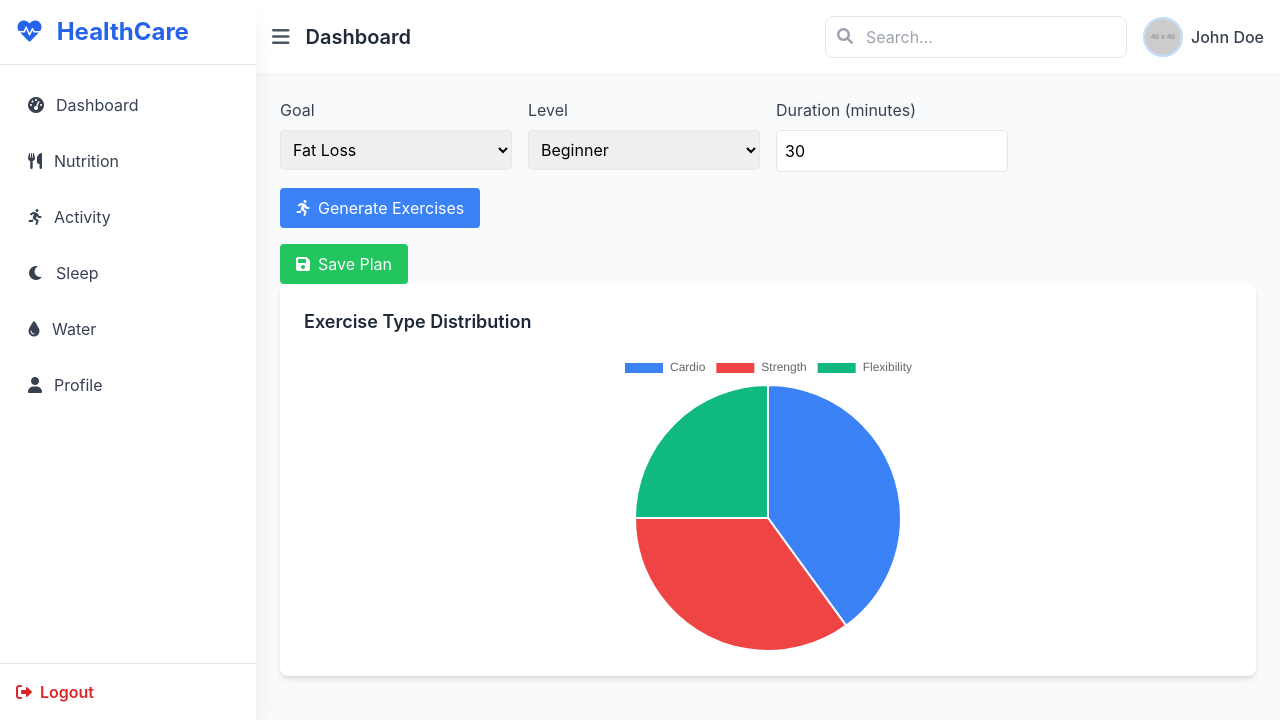
Repository: Khank2104/Khank
Page: http://localhost/generate_exercises/
The author's editor kept a copy of each file at every save. The page is drawn from the files as they stood at one save, then again after the next save.
The browser window is 1280 px wide. The pictures show the whole page.
Some web libraries are served in a nearby version. The page is served by the project's application, run on Django 5.2 (manage.py). The first stored user is signed in. The page reads the database file committed with the project.

Above is the page before, as saved 2025-05-18 04:49:06.

After the next save:
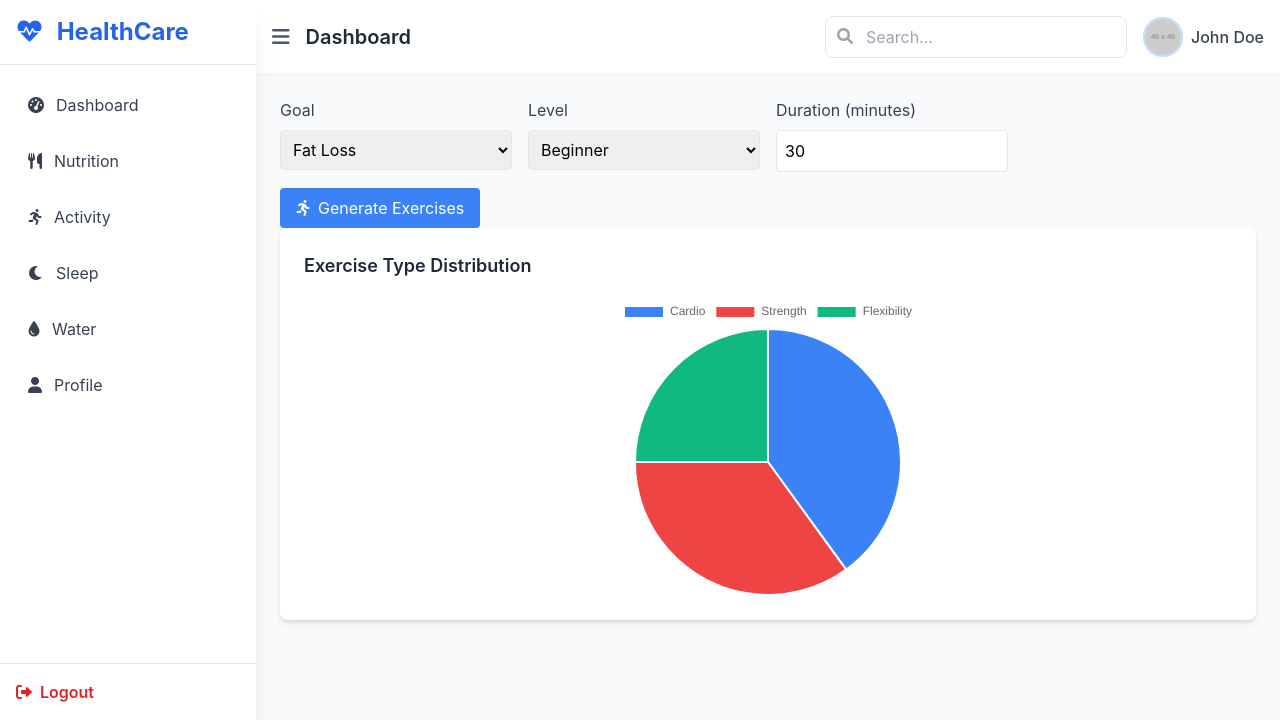
Saved 11 min 48 s later.
--- a/main/templates/main/generate_exercises.html
+++ b/main/templates/main/generate_exercises.html
@@ -41,18 +41,18 @@
 </div>
 {% endif %}
 
+{% if suggested_exercises %}
 <form method="POST" action="{% url 'save_exercise_plan' %}">
     {% csrf_token %}
     <input type="hidden" name="goal" value="{{ form.goal.value }}">
     <input type="hidden" name="level" value="{{ form.level.value }}">
     <input type="hidden" name="duration" value="{{ form.duration.value }}">
-    {% for ex in suggested_exercises %}
-        <input type="hidden" name="exercise_ids" value="{{ ex.id }}">
-    {% endfor %}
-    <button type="submit" class="mt-4 bg-green-500 text-white px-4 py-2 rounded hover:bg-green-600">
+    <button class="mt-4 bg-green-500 text-white px-4 py-2 rounded hover:bg-green-600">
         <i class="fas fa-save mr-2"></i>Save Plan
     </button>
 </form>
+{% endif %}
+
 
 
 <!-- Exercise Type Distribution Chart -->
